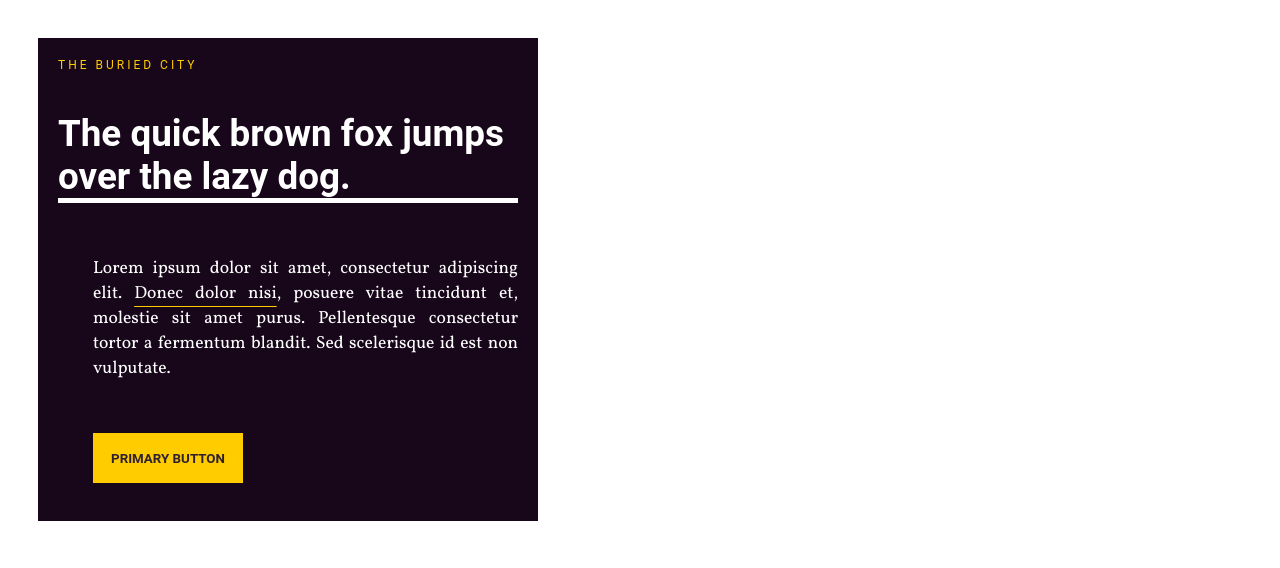
Repository: rafigabriel/TP2---Web-I
Page: ex03-css/index.html
These files come from the project's save history. The page is drawn as it stood at one moment and after the next save; the edit follows.
The browser window is 1280 px wide. The pictures show the whole page.

Above is the page before, as saved 2024-09-09 18:17:05.

### ex03-css/index.html
<!DOCTYPE html>
<html lang="pt-br">
    <head>
        <meta charset="UTF-8">
        <meta name="viewport" content="width=device-width, initial-scale=1.0">
        <title>Exercicio 3</title>
        <link rel="stylesheet" href="style.css">
        <link rel="preconnect" href="https://fonts.googleapis.com">
        <link rel="preconnect" href="https://fonts.gstatic.com" crossorigin>
        <link
            href="https://fonts.googleapis.com/css2?family=Roboto+Condensed:ital,wght@0,100..900;1,100..900&display=swap"
            rel="stylesheet">
        <link rel="preconnect" href="https://fonts.googleapis.com">
        <link rel="preconnect" href="https://fonts.gstatic.com" crossorigin>
        <link
            href="https://fonts.googleapis.com/css2?family=Vollkorn:ital,wght@0,400..900;1,400..900&display=swap"
            rel="stylesheet">

    </head>
    <body>
        <div id="container">
            <p id="secao">The buried city</p>
            <h1>The quick brown fox jumps over the lazy dog.</h1>
            <p>Lorem ipsum dolor sit amet, consectetur adipiscing elit. <a
                    id="link"
                    href="#">Donec dolor nisi</a>, posuere vitae tincidunt et,
                molestie sit amet purus. Pellentesque consectetur tortor a
                fermentum
                blandit. Sed scelerisque id est non vulputate.</p>
            <p>
                <button>Primary button</button>
            </p>

        </div>

    </body>
</html>

### ex03-css/style.css
body{
    width: 500px;
    color: #231900;
    padding: 30px;
}

#container{
    background-color: #18071B;
    padding: 20px;
}

h1{
    font-size: 2.3em;
    font-family: "Roboto", sans-serif;
    font-style: normal;
    font-weight: 700;
    color: white;
    margin-bottom: 0;
    margin-top: 40px;
    border-bottom: 5px solid white;
}
p{
    text-align: justify;
    padding: 35px;
    padding-right: 0;
    padding-bottom: 0;
    font-family: "Vollkorn", serif;
    font-weight: 400;
    font-style: normal;
    font-size: 1.1em;
    color: white;
}

#secao{
    padding: 0;
    font-family: "Roboto", sans-serif;
    font-style: normal;
    font-weight: 400;
    font-size: 0.75em;
    color: #FFCC00;
    letter-spacing: 0.25em;
    margin-top: auto;
    text-transform: uppercase;
}

#link{
    font-family: "Vollkorn", serif;
    font-weight: 400;
    color: white;
    text-decoration: underline;
    text-decoration-color: #FFCC00;
    text-decoration-thickness:1px ;
    text-underline-offset: 8px;
}

button{
    display: block;
    background-color: #FFCC00;
    color: #2F2032;
    width: 150px;
    height: 50px;
    border: none;
    font-weight: 700;
    margin-top: 0px;
    font-family: "Roboto", sans-serif;
    text-transform: uppercase;
    text-align: center;
}

After the next save:
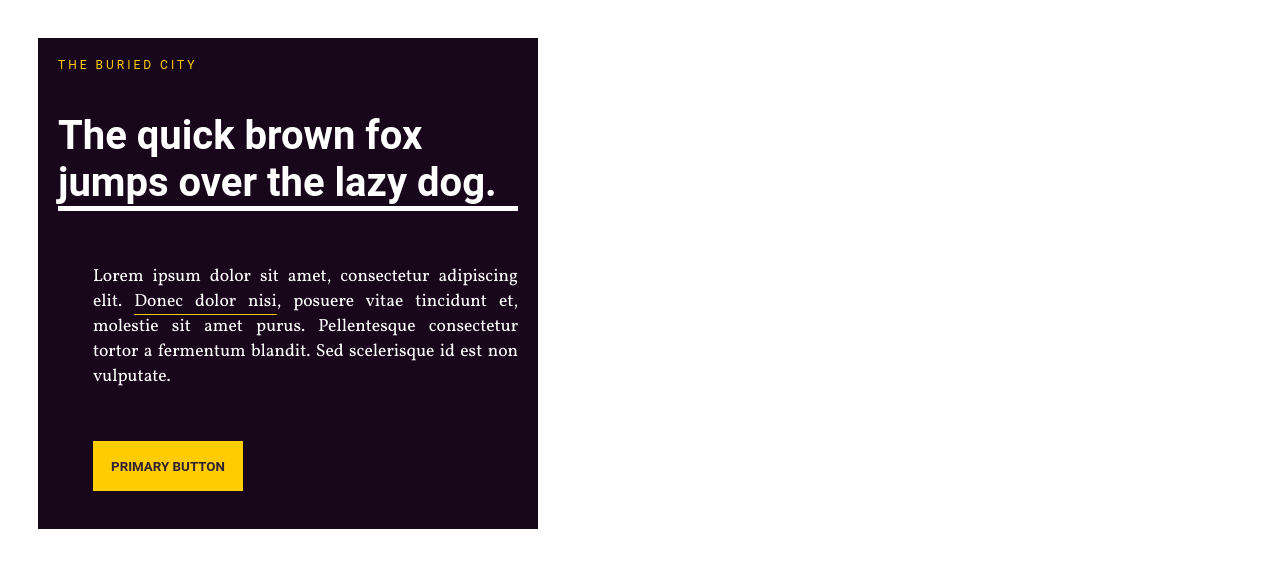
Saved 16 s later.
--- a/ex03-css/style.css
+++ b/ex03-css/style.css
@@ -10,7 +10,7 @@ body{
 }
 
 h1{
-    font-size: 2.3em;
+    font-size: 2.5em;
     font-family: "Roboto", sans-serif;
     font-style: normal;
     font-weight: 700;
